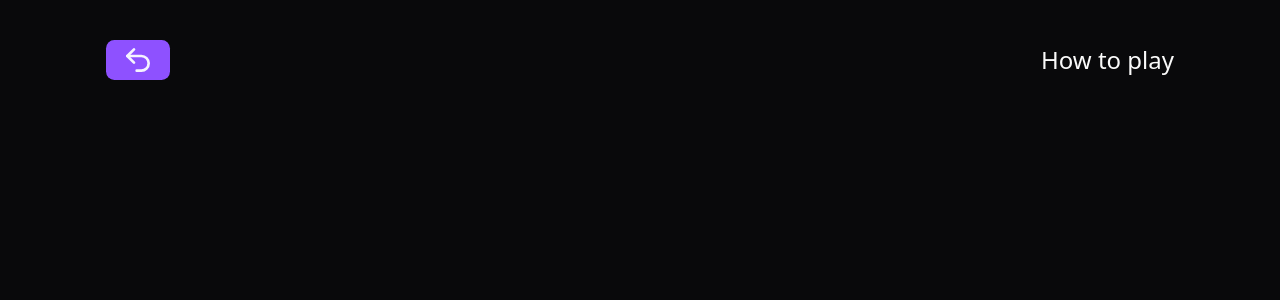
Repository: usmanov16/8-oy-6-dars
Page: /instruction
The author's editor kept a copy of each file at every save. The page is drawn from the files as they stood at one save, then again after the next save.
The browser window is 1280 px wide. The pictures show the whole page.
The page's requests for data from a server got no answer. The project was rebuilt for these pictures with package versions that can differ from the ones it lists, and the page was loaded fresh each time. No one was signed in, and anything a server would have sent is missing. Also part of the build but not shown: vite.config.ts, src/pages/Home.tsx.

Above is the page before, as saved 2025-11-06 22:14:46.

### index.html
<!doctype html>
<html lang="en">
  <head>
    <meta charset="UTF-8" />
    <!-- <link rel="icon" type="image/svg+xml" href="/vite.svg" /> -->
    <meta name="viewport" content="width=device-width, initial-scale=1.0" />
    <title>6-dars</title>
  </head>
  <body class="dark">
    <div id="root"></div>
    <script type="module" src="/src/main.tsx"></script>
  </body>
</html>

### src/main.tsx
import { StrictMode } from 'react'
import { createRoot } from 'react-dom/client'
import './index.css'
import App from './App.tsx'
import MainContext from './context/MainContext.tsx'

createRoot(document.getElementById('root')!).render(

    <MainContext>
      <App/>
    </MainContext>


)

### src/index.css
@import "tailwindcss";
@import "tw-animate-css";

@custom-variant dark (&:is(.dark *));

@theme inline {
  --radius-sm: calc(var(--radius) - 4px);
  --radius-md: calc(var(--radius) - 2px);
  --radius-lg: var(--radius);
  --radius-xl: calc(var(--radius) + 4px);
  --color-background: var(--background);
  --color-foreground: var(--foreground);
  --color-card: var(--card);
  --color-card-foreground: var(--card-foreground);
  --color-popover: var(--popover);
  --color-popover-foreground: var(--popover-foreground);
  --color-primary: var(--primary);
  --color-primary-foreground: var(--primary-foreground);
  --color-secondary: var(--secondary);
  --color-secondary-foreground: var(--secondary-foreground);
  --color-muted: var(--muted);
  --color-muted-foreground: var(--muted-foreground);
  --color-accent: var(--accent);
  --color-accent-foreground: var(--accent-foreground);
  --color-destructive: var(--destructive);
  --color-border: var(--border);
  --color-input: var(--input);
  --color-ring: var(--ring);
  --color-chart-1: var(--chart-1);
  --color-chart-2: var(--chart-2);
  --color-chart-3: var(--chart-3);
  --color-chart-4: var(--chart-4);
  --color-chart-5: var(--chart-5);
  --color-sidebar: var(--sidebar);
  --color-sidebar-foreground: var(--sidebar-foreground);
  --color-sidebar-primary: var(--sidebar-primary);
  --color-sidebar-primary-foreground: var(--sidebar-primary-foreground);
  --color-sidebar-accent: var(--sidebar-accent);
  --color-sidebar-accent-foreground: var(--sidebar-accent-foreground);
  --color-sidebar-border: var(--sidebar-border);
  --color-sidebar-ring: var(--sidebar-ring);
}

:root {
  --radius: 0.65rem;
  --background: oklch(1 0 0);
  --foreground: oklch(0.141 0.005 285.823);
  --card: oklch(1 0 0);
  --card-foreground: oklch(0.141 0.005 285.823);
  --popover: oklch(1 0 0);
  --popover-foreground: oklch(0.141 0.005 285.823);
  --primary: oklch(0.541 0.281 293.009);
  --primary-foreground: oklch(0.969 0.016 293.756);
  --secondary: oklch(0.967 0.001 286.375);
  --secondary-foreground: oklch(0.21 0.006 285.885);
  --muted: oklch(0.967 0.001 286.375);
  --muted-foreground: oklch(0.552 0.016 285.938);
  --accent: oklch(0.967 0.001 286.375);
  --accent-foreground: oklch(0.21 0.006 285.885);
  --destructive: oklch(0.577 0.245 27.325);
  --border: oklch(0.92 0.004 286.32);
  --input: oklch(0.92 0.004 286.32);
  --ring: oklch(0.702 0.183 293.541);
  --chart-1: oklch(0.811 0.111 293.571);
  --chart-2: oklch(0.606 0.25 292.717);
  --chart-3: oklch(0.541 0.281 293.009);
  --chart-4: oklch(0.491 0.27 292.581);
  --chart-5: oklch(0.432 0.232 292.759);
  --sidebar: oklch(0.985 0 0);
  --sidebar-foreground: oklch(0.141 0.005 285.823);
  --sidebar-primary: oklch(0.541 0.281 293.009);
  --sidebar-primary-foreground: oklch(0.969 0.016 293.756);
  --sidebar-accent: oklch(0.967 0.001 286.375);
  --sidebar-accent-foreground: oklch(0.21 0.006 285.885);
  --sidebar-border: oklch(0.92 0.004 286.32);
  --sidebar-ring: oklch(0.702 0.183 293.541);
}

.dark {
  --background: oklch(0.141 0.005 285.823);
  --foreground: oklch(0.985 0 0);
  --card: oklch(0.21 0.006 285.885);
  --card-foreground: oklch(0.985 0 0);
  --popover: oklch(0.21 0.006 285.885);
  --popover-foreground: oklch(0.985 0 0);
  --primary: oklch(0.606 0.25 292.717);
  --primary-foreground: oklch(0.969 0.016 293.756);
  --secondary: oklch(0.274 0.006 286.033);
  --secondary-foreground: oklch(0.985 0 0);
  --muted: oklch(0.274 0.006 286.033);
  --muted-foreground: oklch(0.705 0.015 286.067);
  --accent: oklch(0.274 0.006 286.033);
  --accent-foreground: oklch(0.985 0 0);
  --destructive: oklch(0.704 0.191 22.216);
  --border: oklch(1 0 0 / 10%);
  --input: oklch(1 0 0 / 15%);
  --ring: oklch(0.38 0.189 293.745);
  --chart-1: oklch(0.811 0.111 293.571);
  --chart-2: oklch(0.606 0.25 292.717);
  --chart-3: oklch(0.541 0.281 293.009);
  --chart-4: oklch(0.491 0.27 292.581);
  --chart-5: oklch(0.432 0.232 292.759);
  --sidebar: oklch(0.21 0.006 285.885);
  --sidebar-foreground: oklch(0.985 0 0);
  --sidebar-primary: oklch(0.606 0.25 292.717);
  --sidebar-primary-foreground: oklch(0.969 0.016 293.756);
  --sidebar-accent: oklch(0.274 0.006 286.033);
  --sidebar-accent-foreground: oklch(0.985 0 0);
  --sidebar-border: oklch(1 0 0 / 10%);
  --sidebar-ring: oklch(0.38 0.189 293.745);
}


@layer base {
  * {
    @apply border-border outline-ring/50;
  }
  body {
    @apply bg-background text-foreground;
  }
}

@layer utilities {
  .container {
    @apply w-full max-w-[1100px] mx-auto px-4;
  }
}

### src/App.tsx
import Router  from "./routes/Router";
import useFetch from "./hooks/useFetch"

interface Product {
  [key: string]: string | number | boolean
  body:string;
  categories: string;
  id: number;
  date: string;
  title: string;

}

function App() {


  return <Router />
}

export default App

### src/context/MainContext.tsx
import { createContext, useContext, useReducer, type ReactNode } from "react";
 const mainContextProvider = createContext<{
  state: State;
  dispatch: React.Dispatch<Action>;
} | null>(null);

interface State {
  theme: "light" | "dark";
}

interface Action {
  type: string;
  payload?: string;
}

const initialState: State = {
  theme: "light",
};

function reducer(state: State, action: Action): State {
  switch (action.type) {
    case "ChangeTheme":
      return { ...state, theme: state.theme === "light" ? "dark" : "light" };
    default:
      return { ...state };
  }
}

function MainContext({ children }: { children: ReactNode }) {
  const [state, dispatch] = useReducer(reducer, initialState);

  return (
    <mainContextProvider.Provider value={{ state, dispatch }}>
      {children}
    </mainContextProvider.Provider>
  );
}

export default MainContext;

export function useMainContext() {
    const context = useContext(mainContextProvider)
    if(!context) {
        throw new Error("Xatolik!")
    }

    return context
}

### src/routes/Router.tsx

import Home from "@/pages/Home"
import Document from "@/pages/Document"
import { createBrowserRouter, RouterProvider } from "react-router-dom"


function Router() {
    const router = createBrowserRouter([
        {
            path: "/",
            element: <Home/>
        },
        {
            path: "/instruction",
            element: <Document/>
        }
    ])
    return (
        <RouterProvider router={router}>
        </RouterProvider>
    )
}

export default Router

### src/pages/Document.tsx
import useFetch from "@/hooks/useFetch"
import { type FetchType } from "@/model/model"
import Loading from "@/components/Loading"
import { Button } from "@/components/ui/button"
import { Undo2 } from "lucide-react"

interface Data {
  id: number
  title: string
  text: string
}

function Document() {

  const { data, loading } = useFetch<FetchType<Data>>("documentation")


  console.log("loading:", loading)

  if (loading) {
    return <Loading />
  }

  return (
    <div className="py-10">
        <div className="container mb-10 flex items-center justify-between">
            <Button >
            <Undo2 />
            </Button>
            <h2 className="text-2xl ">How to play</h2>
        </div>
      <div className="container grid grid-cols-1 gap-6 lg:grid-cols-3">
        {data &&
          data.data.map((obj) => (
            <div className="border border-gray-400 rounded-sm px-4 py-8"  key={obj.id}>
              <h2 className="text-xl font-bold mb-4 ">{obj.title}</h2>
              <p>{obj.text}</p>
            </div>
          ))}
      </div>
    </div>
  )
}

export default Document

### src/components/ui/button.tsx
import * as React from "react"
import { Slot } from "@radix-ui/react-slot"
import { cva, type VariantProps } from "class-variance-authority"

import { cn } from "@/lib/utils"

const buttonVariants = cva(
  "inline-flex items-center justify-center gap-2 whitespace-nowrap rounded-md text-sm font-medium transition-all disabled:pointer-events-none disabled:opacity-50 [&_svg]:pointer-events-none [&_svg:not([class*='size-'])]:size-8 shrink-0 [&_svg]:shrink-0 outline-none focus-visible:border-ring focus-visible:ring-ring/50 focus-visible:ring-[3px] aria-invalid:ring-destructive/20 dark:aria-invalid:ring-destructive/40 aria-invalid:border-destructive",
  {
    variants: {
      variant: {
        default: "bg-primary text-primary-foreground hover:bg-primary/90",
        destructive:
          "bg-destructive text-white hover:bg-destructive/90 focus-visible:ring-destructive/20 dark:focus-visible:ring-destructive/40 dark:bg-destructive/60",
        outline:
          "border bg-background shadow-xs hover:bg-accent hover:text-accent-foreground dark:bg-input/30 dark:border-input dark:hover:bg-input/50",
        secondary:
          "bg-secondary text-secondary-foreground hover:bg-secondary/80",
        ghost:
          "hover:bg-accent hover:text-accent-foreground dark:hover:bg-accent/50",
        link: "text-primary underline-offset-4 hover:underline",
      },
      size: {
        default: "h-9 px-4 py-2 has-[>svg]:px-3",
        sm: "h-8 rounded-md gap-1.5 px-3 has-[>svg]:px-2.5",
        lg: "h-10 rounded-md px-6 has-[>svg]:px-4",
        xlg: "h-15 rounded-md px-8 has-[>svg]:px-6",
        icon: "size-9",
        "icon-sm": "size-8",
        "icon-lg": "size-10",
      },
    },
    defaultVariants: {
      variant: "default",
      size: "lg",
    },
  }
)

function Button({
  className,
  variant,
  size,
  asChild = false,
  ...props
}: React.ComponentProps<"button"> &
  VariantProps<typeof buttonVariants> & {
    asChild?: boolean
  }) {
  const Comp = asChild ? Slot : "button"

  return (
    <Comp
      data-slot="button"
      className={cn(buttonVariants({ variant, size, className }))}
      {...props}
    />
  )
}

export { Button, buttonVariants }

### src/hooks/useFetch.ts
import { BaseUrl } from "@/api/url";
import { useEffect, useState } from "react";

type Param = "documentation" | "questions" | "categories";

function useFetch<T>(param: Param) {
  const [data, setData] = useState<T | null>(null);
  const [error, setError] = useState<string | null>(null);
  const [loading, setLoading] = useState<boolean>(true);

  async function fetchData() {
    setLoading(true);
    try {
      const response = await fetch(BaseUrl + param);
      if (!response.ok) {
        throw new Error("Xatolik");
      }
      const data = await response.json();
      setData(data);
    } catch (error: any) {
      setError(error.message);
    } finally {
      setLoading(false);
    }
  }

  useEffect(() => {
    fetchData();
  }, [param]);

  return { data, error, loading };
}

export default useFetch;

### src/components/Loading.tsx
import { PropagateLoader } from "react-spinners";

function Loading() {
  return (
    <div className="fixed inset-0 flex items-center justify-center bg-black/70 z-[9999]">
      <PropagateLoader color="#00ffcc" size={15} />
    </div>
  );
}

export default Loading;

### src/api/url.ts

    export const BaseUrl = "https://json-api.uz/api/project/zakovat/"

Loaded but not shown: src/lib/utils.ts (common file)

After the next save:
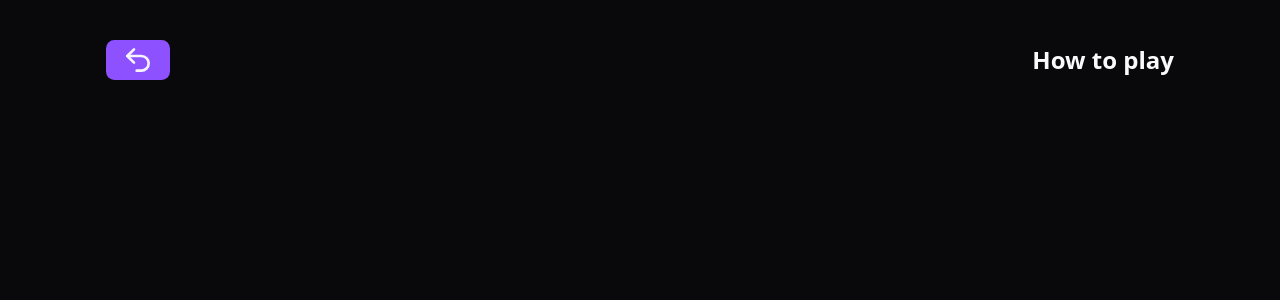
Saved 4 s later.
--- a/src/pages/Document.tsx
+++ b/src/pages/Document.tsx
@@ -27,7 +27,7 @@ function Document() {
             <Button >
             <Undo2 />
             </Button>
-            <h2 className="text-2xl ">How to play</h2>
+            <h2 className="text-2xl font-bold ">How to play</h2>
         </div>
       <div className="container grid grid-cols-1 gap-6 lg:grid-cols-3">
         {data &&
